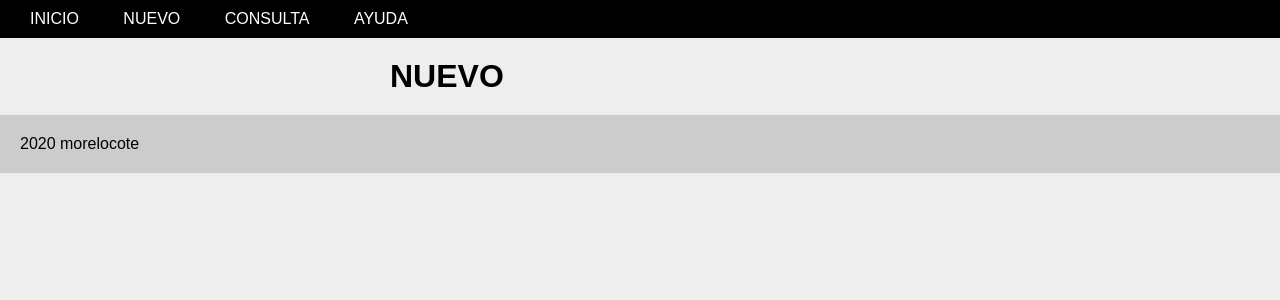
Repository: edgarhdzp/crud-php-poo-mvc-ajax
Page: http://localhost/poomvc/nuevo
These files come from the project's save history. The page is drawn as it stood at one moment and after the next save; the edit follows.
The browser window is 1280 px wide. The pictures show the whole page.
The page is run by PHP 8.4 with error messages shown; the project is at /var/www/html/.

Above is the page before, as saved 2020-06-23 13:00:49.

After the next save:
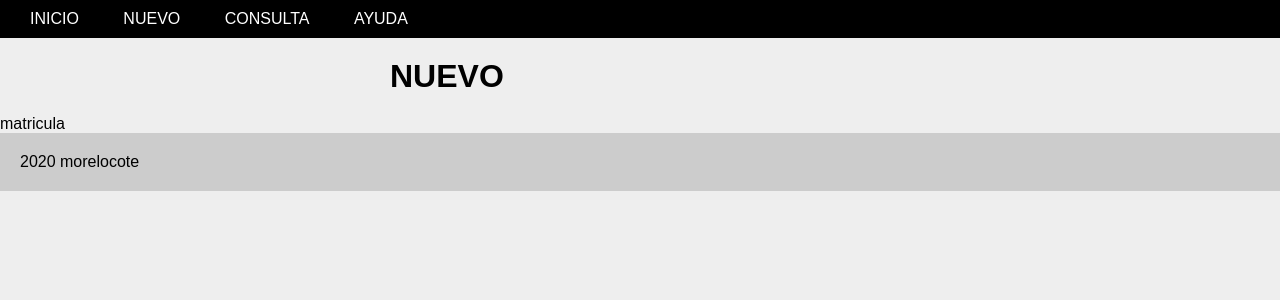
Saved 10 s later.
--- a/views/nuevo/index.php
+++ b/views/nuevo/index.php
@@ -15,7 +15,7 @@
 
 <form action="" method="POST">
     <p>
-        <label for="matricula"></label>
+        <label for="matricula">matricula</label>
     </p>
 </form>
 
